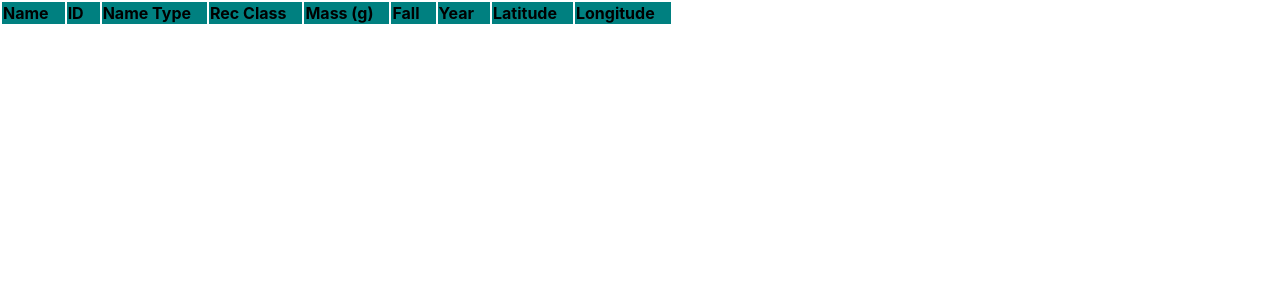
Repository: Tsardines/meteorite-explorer
Page: / (app in meteorite-explorer/)
The author's editor kept a copy of each file at every save. The page is drawn from the files as they stood at one save, then again after the next save.
The browser window is 1280 px wide. The pictures show the whole page.
The page's requests for data from a server got no answer. The project was rebuilt for these pictures with package versions that can differ from the ones it lists, and the page was loaded fresh each time. No one was signed in, and anything a server would have sent is missing.

Above is the page before, as saved 2019-05-27 16:25:41.

After the next save:
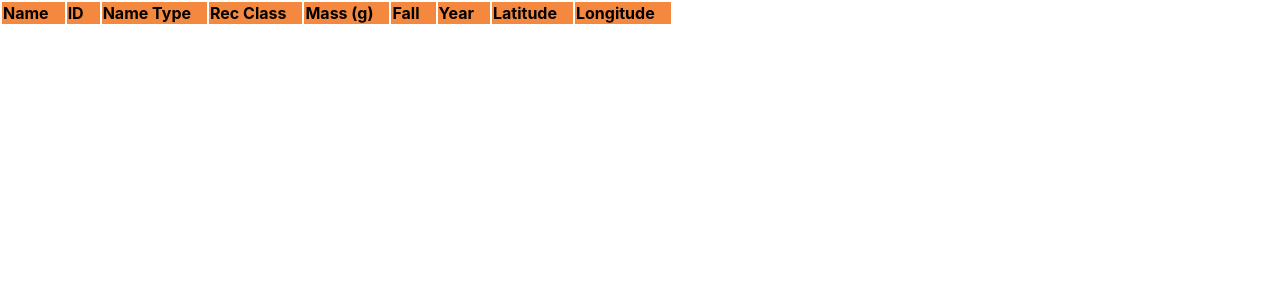
Saved 11 s later.
--- a/meteorite-explorer/src/App.css
+++ b/meteorite-explorer/src/App.css
@@ -1,7 +1,7 @@
 
 
 .theader th {
-  background-color: teal;
+  background-color: rgb(245, 136, 63);
   padding-right: 1rem;
 }
 
